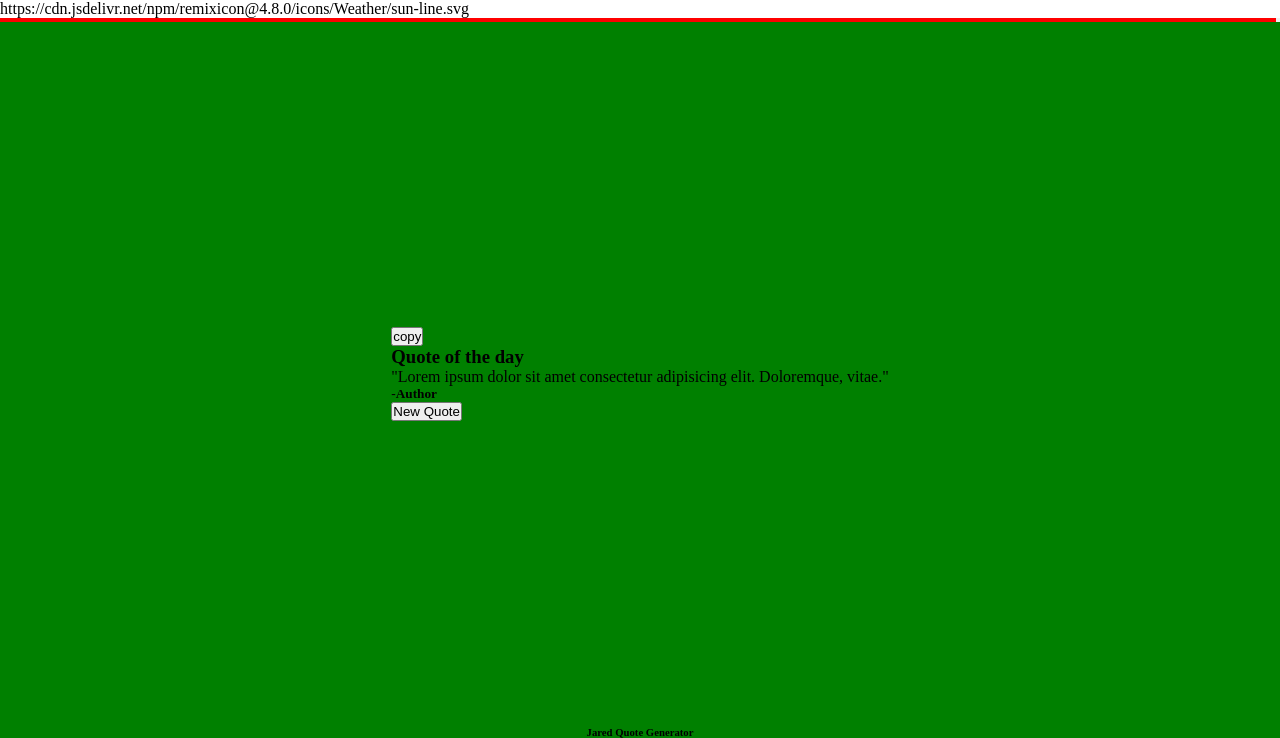
Repository: EguJaredoBoyd/Jared-Quote-Generator
Page: html/main.html
An editor plug-in stored every save of this project. The page is shown before and after a run of saves, followed by the edit.
The browser window is 1280 px wide. The pictures show the whole page.
Some web libraries are served in a nearby version.

Above is the page before, as saved 2026-01-09 00:33:22.

After the next 2 saves:
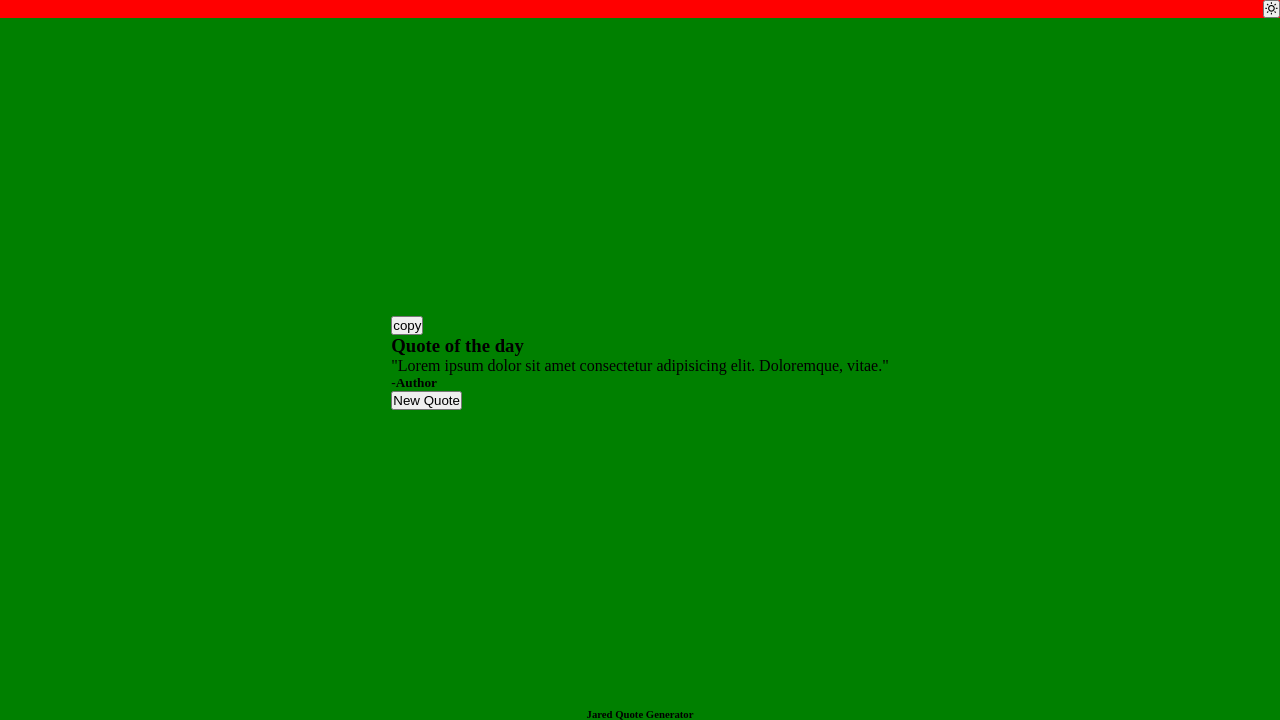
The 2 saves are shown as one change because they came seconds apart.
The last was saved 54 s later.
--- a/html/main.html
+++ b/html/main.html
@@ -5,7 +5,10 @@
     <meta name="viewport" content="width=device-width, initial-scale=1.0" />
     <link rel="stylesheet" href="../css/style.css" />
     <script src="../js/main.js" defer></script>
-    https://cdn.jsdelivr.net/npm/remixicon@4.8.0/icons/Weather/sun-line.svg
+    <link
+      href="https://cdn.jsdelivr.net/npm/remixicon@4.8.0/fonts/remixicon.css"
+      rel="stylesheet"
+    />
     <title>Document</title>
   </head>
   <body>
